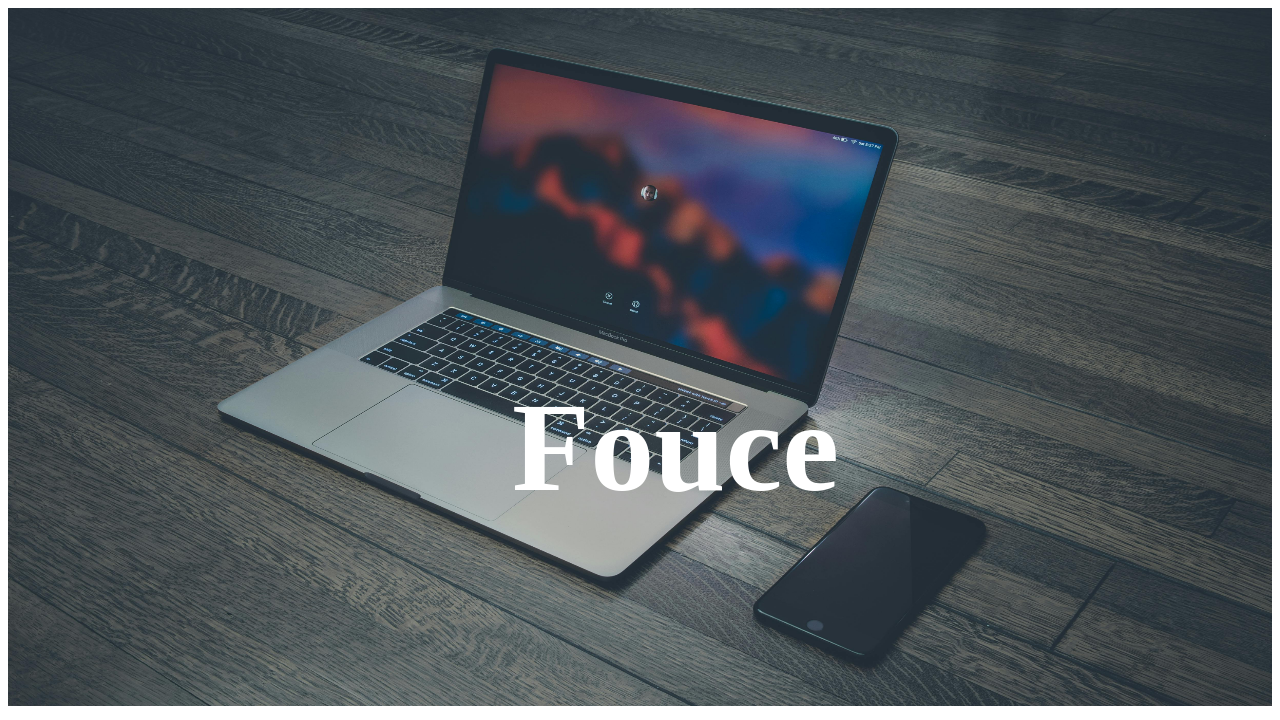
Repository: MrHadSheanas/Image_Fouce
Page: index.html
These files come from the project's save history. The page is drawn as it stood at one moment and after a run of saves; the edit follows.
The browser window is 1280 px wide. The pictures show the whole page.

Above is the page before, as saved 2025-09-06 06:53:13.

### index.html
<!DOCTYPE html>
<html lang="en">
<head>
   <meta charset="UTF-8">
   <meta name="viewport" content="width=device-width, initial-scale=1.0">
   <title>Document</title>
   <link rel="stylesheet" href="style.css">
</head>
<body>

 <img src="pexels-veeterzy-303383.jpg" alt="">
  <h1>Fouce</h1>


</body>
</html>

### style.css
img{
   position: relative;
   width: 100%;
   height:97vh;
   display: flex;


}
h1{
   position: absolute;
   top:40vh;
   left: 40%;
   font-size: 8em;
   font-weight: 800;
   color: white;
   transition: all 2s;


}

After the next 2 saves:
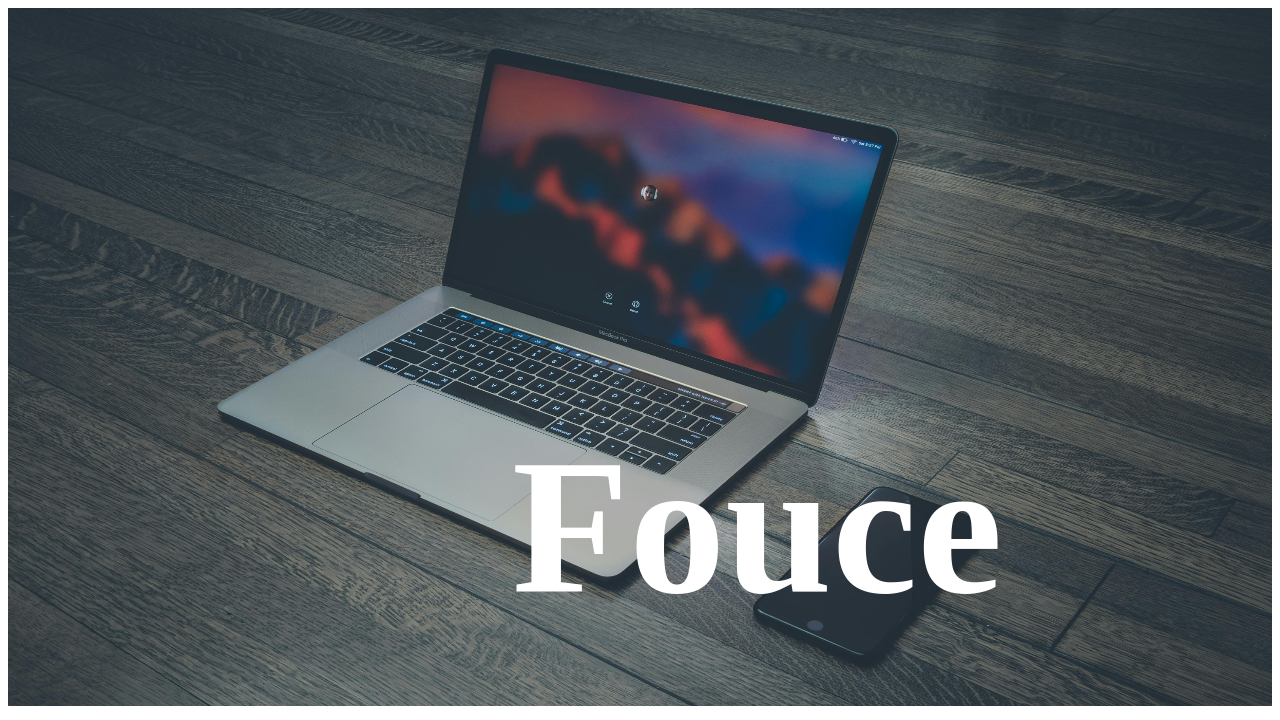
The 2 saves are shown as one change because they came seconds apart.
The last was saved 10 s later.
--- a/style.css
+++ b/style.css
@@ -10,7 +10,7 @@
    position: absolute;
    top:40vh;
    left: 40%;
-   font-size: 8em;
+   font-size: 12em;
    font-weight: 800;
    color: white;
    transition: all 2s;
